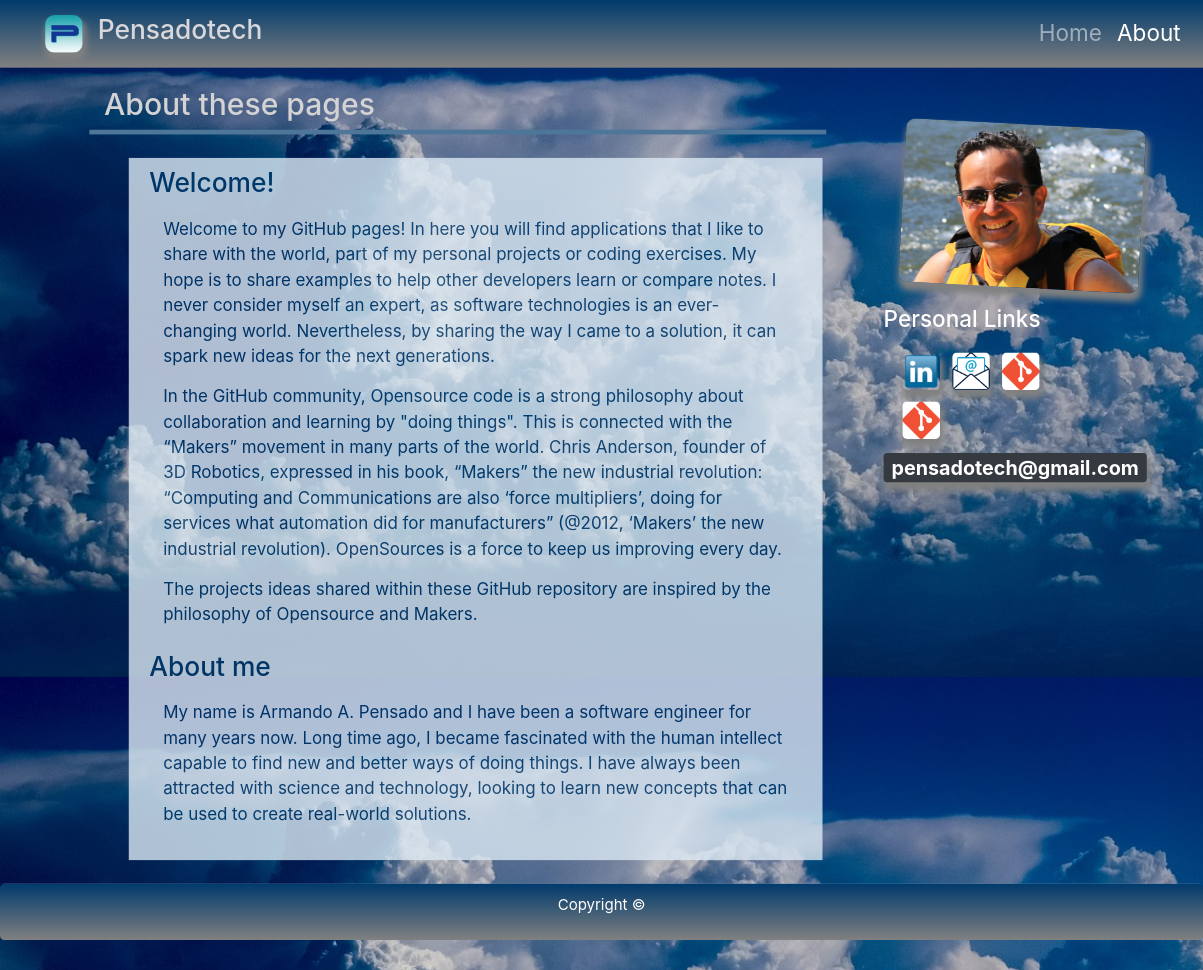
Repository: pensadotech/pensadotech.github.io
Page: about.html
An editor plug-in stored every save of this project. The page is shown before and after a run of saves, followed by the edit.
The browser window is 1280 px wide. The pictures show the whole page, at 94% of full size.
Backgrounds fixed to the window are drawn as part of the page.

Above is the page before, as saved 2022-10-29 13:16:31.

### about.html
<!DOCTYPE html>
<html lang="en">

<head>
  <meta charset="UTF-8">
  <meta name="viewport" content="width=<device-width>, initial-scale=1.0">
  <meta http-equiv="X-UA-Compatible" content="ie=edge">
  <title>About</title>
  <link rel="icon" href="./assets/images/pensadotech.ico">

  <!-- Styles  -->
  <link rel="stylesheet" href="./assets/styles/reset.css">
  <link href='https://stackpath.bootstrapcdn.com/bootstrap/4.1.1/css/bootstrap.min.css' rel='stylesheet'
    integrity='sha384-WskhaSGFgHYWDcbwN70/dfYBj47jz9qbsMId/iRN3ewGhXQFZCSftd1LZCfmhktB' crossorigin='anonymous'>
  <link rel="stylesheet" href="./assets/styles/ptech.css" class="css">
</head>

<body>

  <header class="header">
    <!-- Navigation var on top -->
    <nav class="navbar navbar-expand-sm navbar-dark gradBlue">
      <!-- Brand -->
      <a class="navbar-brand">
        <a class="nav-link d-inline" href="./index.html">
          <img src="./assets/images/P2.gif" alt="Logo" class="brandLogo imgRnd10 imageShadow">
        </a>
        <h3 class="d-inline align-baseline brandName">
          Pensadotech
        </h3>
      </a>
      <!-- Button for small devices -->
      <button class="navbar-toggler" type="button" data-toggle="collapse" data-target="#collapsibleNavbar">
        <span class="navbar-toggler-icon"></span>
      </button>
      <!-- Menu-Link options -->
      <div class="collapse navbar-collapse" id="collapsibleNavbar">
        <!-- Menu left aligned (ml-auto) ref: https://stackoverflow.com/questions/41513463/bootstrap-4-align-navbar-items-to-the-right -->
        <ul class="navbar-nav ml-auto">
          <li class="nav-item ml-auto ">
            <a class="nav-link" href="./index.html">Home</a>
          </li>
          <li class="nav-item ml-auto active">
            <a class="nav-link" href="./about.html">About</a>
          </li>
        </ul>
      </div>
    </nav>
  </header>
  <!-- header end -->

  <section class="section">
    <div class="container">

      <!-- Main row -->
      <div class="row">

        <!-- column 1 -->
        <div class="col-sm-9">

          <div class="row">
            <div class="col-sm-12 topSubtitle">
              <h2>About these pages</h2>
            </div>
          </div>
          <div class="row">
            <div class="col-sm-12">
              <div class="divider"> </div>
            </div>
          </div>

          <div class="d-flex p-2">
            <div class="row d-flex justify-content-center">
              <div class="contentEnvelop">

                <h3 class="sectionHeader">Welcome! </h3>
                <p class="sectionContent">
                  Welcome to my GitHub pages! In here you will find applications that I like to share with the world,
                  part of my personal projects or coding exercises.
                  My hope is to share examples to help other developers learn or
                  compare notes. I never consider myself an expert, as software technologies is an ever-changing world.
                  Nevertheless, by sharing the way I came to a solution, it can spark new ideas for the next
                  generations.
                </p>
                <p class="sectionContent">
                  In the GitHub community, Opensource code is a strong philosophy about collaboration and learning by
                  "doing things". This is connected with the “Makers” movement in many parts of the world. Chris
                  Anderson, founder of 3D Robotics, expressed in his book, “Makers” the new industrial revolution:
                  “Computing and Communications are also ‘force multipliers’, doing for services what automation did
                  for manufacturers” (@2012, ‘Makers’ the new industrial revolution). OpenSources is a force to keep
                  us improving every day.
                </p>
                <p class="sectionContent">
                  The projects ideas shared within these GitHub repository are inspired by the philosophy of
                  Opensource and Makers.
                </p>

                <h3 class="sectionHeader">About me </h3>
                <p class="sectionContent">
                  My name is Armando A. Pensado and I have been a software engineer for many years now. Long time ago, I
                  became fascinated with the human intellect capable to find new and better ways of doing things. I have
                  always been attracted with science and technology, looking to learn new concepts that can be used to
                  create real-world solutions.
                </p>

              </div>
            </div>
          </div>
        </div>
        <!-- column 1 end -->

        <!-- column 2 -->
        <div class="col-sm-3">
          <!-- <h6>About</h6> -->
          <div class="personalImageHolder">
            <img class="img-fluid personalImage imgRnd10 imageShadow imageRotate" src="./assets/images/pensado2016.jpg"
              alt="Armando A. Pensado">
          </div>


          <h4 class="personalHeader">Personal Links</h4>

          <div class="perLinkGroup">
            <!-- First group -->
            <div class="d-flex flex-nowrap perLinkFstRow">
              <div class="p-2 perLinkImgHolder">
                <a class="nav-link active" href="https://www.linkedin.com/in/armandopensado/" target="_blank"
                  title="go to linkedIn">
                  <img class="perLinkImg imgRnd5 imageShadow" src="./assets/images/linkedin.png" alt="linkeIn">
                </a>
              </div>
              <div class="p-2 perLinkImgHolder">
                <a class="nav-link active" href="mailto:pensadotech@gmail.com?Subject=Hello%20I%20have%20a%20request" target="_top"
                  title="send email">
                  <img class="perLinkImg imgRnd5 imageShadow" src="./assets/images/email.png" alt="Twitter">
                </a>
              </div>
              <div class="p-2 perLinkImgHolder">
                <a class="nav-link active" href="https://github.com/pensadotech" target="_blank" title="go to GitHub">
                  <img class="perLinkImg imgRnd5 imageShadow" src="./assets/images/git.png" alt="gitHub">
                </a>
              </div>
            </div>
            <!-- Second group -->
            <div class="d-flex flex-nowrap">
              <div class="p-2 perLinkImgHolder">
                <a class="nav-link active" href="https://github.com/pensadotech" target="_blank" title="go to GitHub">
                  <img class="perLinkImg imgRnd5 imageShadow" src="./assets/images/git.png" alt="gitHub">
                </a>
              </div>
              <div class="p-2 perLinkImgHolder">
                <!-- <a class="nav-link active" href="http://pensadotech.blogspot.com/" target="_blank" title="go to blog">
                  <img class="perLinkImg imgRnd5 imageShadow" src="./assets/images/blog.png" alt="blogg">
                </a> -->
              </div>
            </div>
          </div>
          <!-- perLinkGroup -->

          <h3 class="contactLinks">
            <span class="badge badge-dark imageShadow">pensadotech@gmail.com</span>
          </h3>

        </div>
        <!-- column 2 end -->

      </div>
      <!-- main row end -->

    </div>
    <!-- container end -->
  </section>
  <!-- section end -->

  <footer class="footer jumbotron text-center gradBlue">
    <p>Copyright &copy;</p>
  </footer>


  <!-- Scripts ............................. -->
  <script src="https://code.jquery.com/jquery-3.3.1.slim.min.js"
    integrity="sha384-q8i/X+965DzO0rT7abK41JStQIAqVgRVzpbzo5smXKp4YfRvH+8abtTE1Pi6jizo" crossorigin="anonymous">
  </script>
  <script src="https://cdnjs.cloudflare.com/ajax/libs/popper.js/1.14.3/umd/popper.min.js"
    integrity="sha384-ZMP7rVo3mIykV+2+9J3UJ46jBk0WLaUAdn689aCwoqbBJiSnjAK/l8WvCWPIPm49" crossorigin="anonymous">
  </script>
  <script src="https://stackpath.bootstrapcdn.com/bootstrap/4.1.3/js/bootstrap.min.js"
    integrity="sha384-ChfqqxuZUCnJSK3+MXmPNIyE6ZbWh2IMqE241rYiqJxyMiZ6OW/JmZQ5stwEULTy" crossorigin="anonymous">
  </script>

</body>

</html>

### assets/styles/ptech.css
body {
    /* Remove margins and padding around content */
    margin: 0;
    padding: 0;
    /* Fix background during scrolling */
    background-attachment: fixed;
    /* Use scalable background image (cross borwser) */
    background-image: url("../images/Background.jpg");
    background-position: center center;
    background-attachment: fixed;
    -webkit-background-size: cover;
    -moz-background-size: cover;
    -o-background-size: cover;
    background-size: cover;
    color: #003A6C;
}

.gradBlue {
    /* Gradient for NavBar */
    background-image: -webkit-linear-gradient(top, #003A6C, gray);
    background-image: -moz-linear-gradient(top, #003A6C, gray);
    background-image: -ms-linear-gradient(top, #003A6C, gray);
    background-image: -o-linear-gradient(top, #003A6C, gray);
    background-image: linear-gradient(top, #003A6C, gray);
}

.imgRnd10 {
    /* Rounded image corners */
    -webkit-border-radius: 10px;
    -moz-border-radius: 10px;
    border-radius: 10px;
}

.imgRnd5 {
    /* Rounded image corners */
    -webkit-border-radius: 5px;
    -moz-border-radius: 5px;
    border-radius: 5px;
}

.imageShadow {
    /* Add drop shadow */
    -webkit-box-shadow: 2px 7px 7px 2px gray;
    -moz-box-shadow: 2px 7px 7px 2px gray;
    box-shadow: 2px 7px 7px 2px gray;
}

.imageRotate {
    /* Rotate Image */
    -webkit-transform: rotate(3deg);
    -moz-transform: rotate(3deg);
    -o-transform: rotate(3deg);
    -ms-transform: rotate(3deg);
    transform: rotate(3deg);
}

/* Header ............................................... */
.brandName {
    color: rgb(216, 215, 219);
}

.header a {
    font-size: 24px;
}

a:hover {
    font-size: 25px;
}

.brandLogo {
    width: 40px;
}

/*  Footer ..................................... */
.footer {
    color: white;
    /* Controling the size of a jumbotron */
    padding-top: 10px;
    padding-bottom: 10px;
}

.redBorder {
    border: 2px solid red;
}

.grayBorder {
    border: 2px solid gray;
}

.divider {
    background-color: rgb(77, 118, 153);
    height: 5px;
    width: 95%;
    margin-left: 10px;
}

.topSubtitle {
    padding-top: 20px;
    margin-left: 3%;
    color: lightgray;
}

.contentEnvelop {
    background-color: #DBE9F4;
    opacity: 0.8;
    margin: 2% 5% 2% 7%;
    padding-bottom: 20px;
}

.sectionHeader {
    padding-top: 10px;
    padding-bottom: 10px;
    margin-left: 3%;
}

.sectionContent {
    font-size: 18px;
    margin-left: 5%;
    margin-right: 5%;
}




/* Personal image ...............................*/
.personalImageHolder {
    margin: 40px 0px 20px 0px;
}

.personalImage {
    width: 270px;
    margin-top: 20px;
    margin-left: 20px;
}

.personalHeader {
    color: white;
}

/* Personla links ............................*/
.perLinkGroup {
    margin: 20px 10px 20px 20px;
}

.perLinkFstRow {
    margin: 5px 0px 20px 0px;
}

.perLinkImgHolder {
    position: relative;
    margin-right: 5px;
}

.perLinkImg {
    width: 40px;
    padding-left: 0px;
    position: absolute;
    top: 0;
    left: 0;
}

.perLinkImg:hover {
    width: 45px;
}

.contactLinks {
    font-size: 28px;
}

/* media queries .............................. */
/* Intermediate tables */
@media screen and (max-width: 1200px) and (min-width: 986px) {
    .contactLinks {
        font-size: 24px;
    }
}

/* Small tables */
@media screen and (max-width: 985px) and (min-width: 576px) {
    .contactLinks {
        font-size: 18px;
    }
}

/* Mobile */
@media screen and (max-width: 576px) {
    .contactLinks {
        font-size: 28px;
    }
}

/* Article Cards ................................... */
.card {
    margin: 20px;
    width: 160px;
    height: 150px;
    background-color: lightgray;
    display: flex;
    justify-content: center;
    align-items: center;
}

.card-title {
    margin-top: 3px;
}

.card:hover {
    width: 170px;
    border: 3px solid blue;
}

/* Articles .......................................*/
.articleTitle {
    color: rgb(3, 3, 121);
    font-weight: bolder;
}

.articleSubtitle {
    color: gray;
}

.elementCenter {
    display: flex;
    justify-content: center;
    align-items: center;
}

.articleLinkImg:hover {
    font-size: 35px;
}

.articleLinkImg {
    width: 30px;
    padding-left: 0px;
}

/*  Image sizes ...................................... */
.articleImage40 {
    width: 40%;
}

.articleImage50 {
    width: 50%;
}

.articleImage60 {
    width: 60%;
}

.articleImage70 {
    width: 70%;
}

.articleImage80 {
    width: 80%;
}

.articleImage90 {
    width: 90%;
}

.articleImage100 {
    width: 100%;
}

Loaded but not shown: assets/styles/reset.css (common file)

After the next 3 saves:
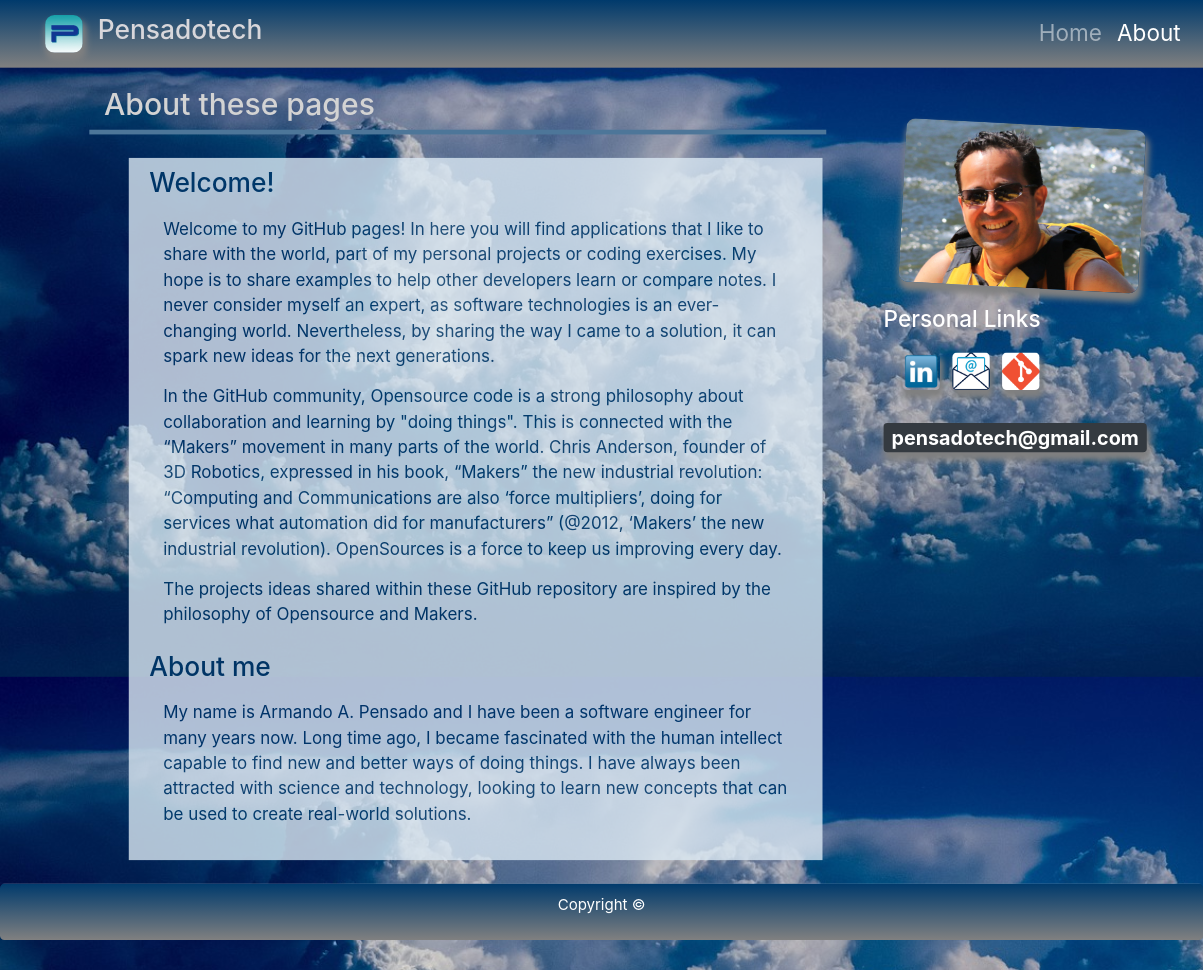
The 3 saves are shown as one change because they came seconds apart.
The last was saved 17 s later.
--- a/about.html
+++ b/about.html
@@ -143,16 +143,16 @@
             </div>
             <!-- Second group -->
             <div class="d-flex flex-nowrap">
-              <div class="p-2 perLinkImgHolder">
+              <!-- <div class="p-2 perLinkImgHolder">
                 <a class="nav-link active" href="https://github.com/pensadotech" target="_blank" title="go to GitHub">
                   <img class="perLinkImg imgRnd5 imageShadow" src="./assets/images/git.png" alt="gitHub">
                 </a>
-              </div>
-              <div class="p-2 perLinkImgHolder">
+              </div> -->
+              <!-- <div class="p-2 perLinkImgHolder"> -->
                 <!-- <a class="nav-link active" href="http://pensadotech.blogspot.com/" target="_blank" title="go to blog">
                   <img class="perLinkImg imgRnd5 imageShadow" src="./assets/images/blog.png" alt="blogg">
                 </a> -->
-              </div>
+              <!-- </div> -->
             </div>
           </div>
           <!-- perLinkGroup -->
